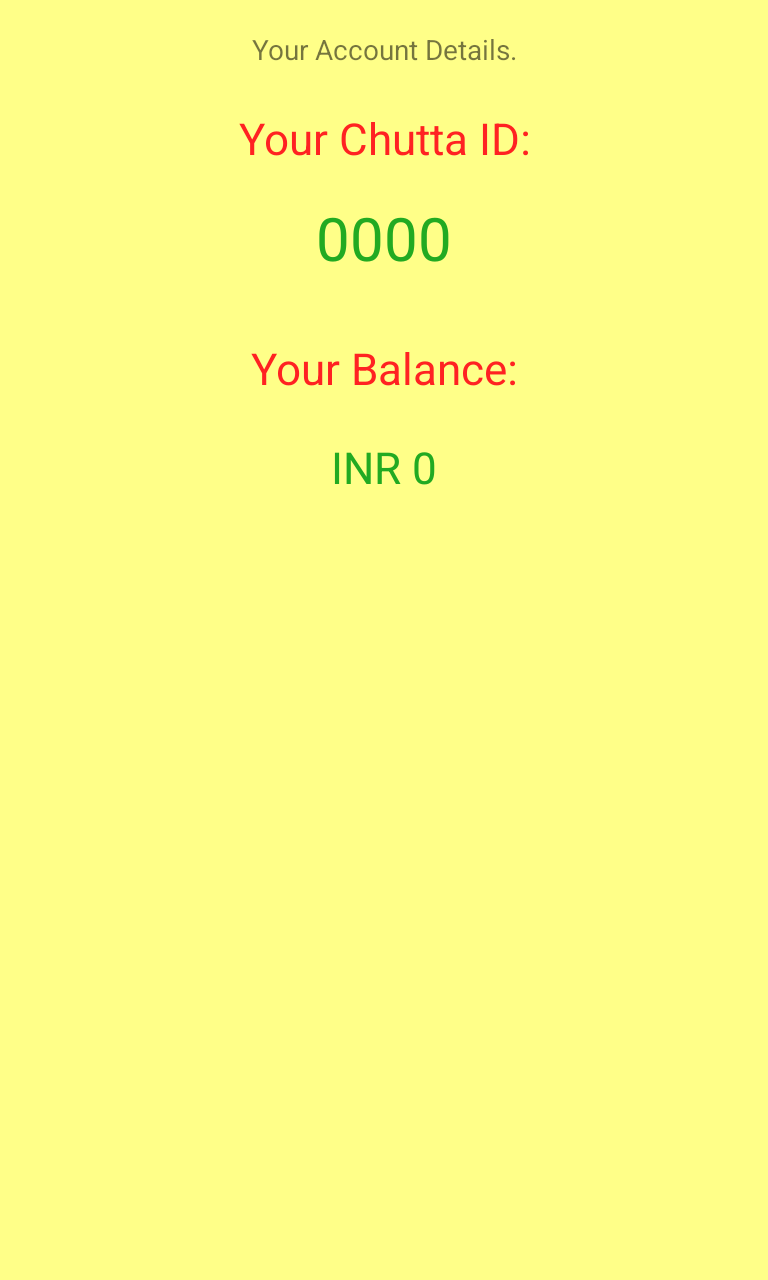
Repository: pankajksharma/chutta-pay
Layout: ChuttaPay/res/layout/activity_account.xml
These files come from the project's save history. The layout is drawn as it stood at one moment and after the next save; the edit follows.
It is drawn on a 768 x 1280 px phone screen (xhdpi) without system bars, with theme AppTheme; the app's code is not run.

Above is the layout before, as saved 2014-04-26 16:28:18.

### ChuttaPay/res/layout/activity_account.xml
<?xml version="1.0" encoding="utf-8"?>
<RelativeLayout xmlns:android="http://schemas.android.com/apk/res/android"
    android:layout_width="match_parent"
    android:layout_height="match_parent"
    android:background="#ffff88"
    android:paddingLeft="15dp"
    android:paddingRight="15dp" >

    <LinearLayout
        android:id="@+id/ll"
        android:layout_width="match_parent"
        android:layout_height="wrap_content"
        android:layout_centerHorizontal="true"
        android:layout_marginTop="15dp"
        android:orientation="vertical" >

        <TextView
            android:layout_width="match_parent"
            android:layout_height="wrap_content"
            android:gravity="center_horizontal"
            android:layout_marginBottom="20dp"
            android:text="Your Account Details." />

        <TextView
            android:layout_width="match_parent"
            android:layout_height="wrap_content"
            android:gravity="center_horizontal"
            android:layout_marginBottom="15dp"
            android:textColor="#ff2222"
            android:textSize="22dp"
            android:text="Your Chutta ID:" />

        <TextView
            android:layout_width="match_parent"
            android:layout_height="wrap_content"
            android:gravity="center_horizontal"
            android:layout_marginBottom="30dp"
            android:textColor="#22aa22"
            android:textSize="30dp"
            android:text="0000" />

        <TextView
            android:layout_width="match_parent"
            android:layout_height="wrap_content"
            android:gravity="center_horizontal"
            android:layout_marginBottom="20dp"
            android:textColor="#ff2222"
            android:textSize="22dp"
            android:text="Your Balance:" />

        <TextView
            android:layout_width="match_parent"
            android:layout_height="wrap_content"
            android:gravity="center_horizontal"
            android:layout_marginBottom="20dp"
            android:textColor="#22aa22"
            android:textSize="22dp"
            android:text="INR 0" />

    </LinearLayout>

</RelativeLayout>

Loaded but not shown: ChuttaPay/res/values/styles.xml (common file); ChuttaPay/res/values-v11/styles.xml (common file); ChuttaPay/res/values-v14/styles.xml (common file)

After the next save:
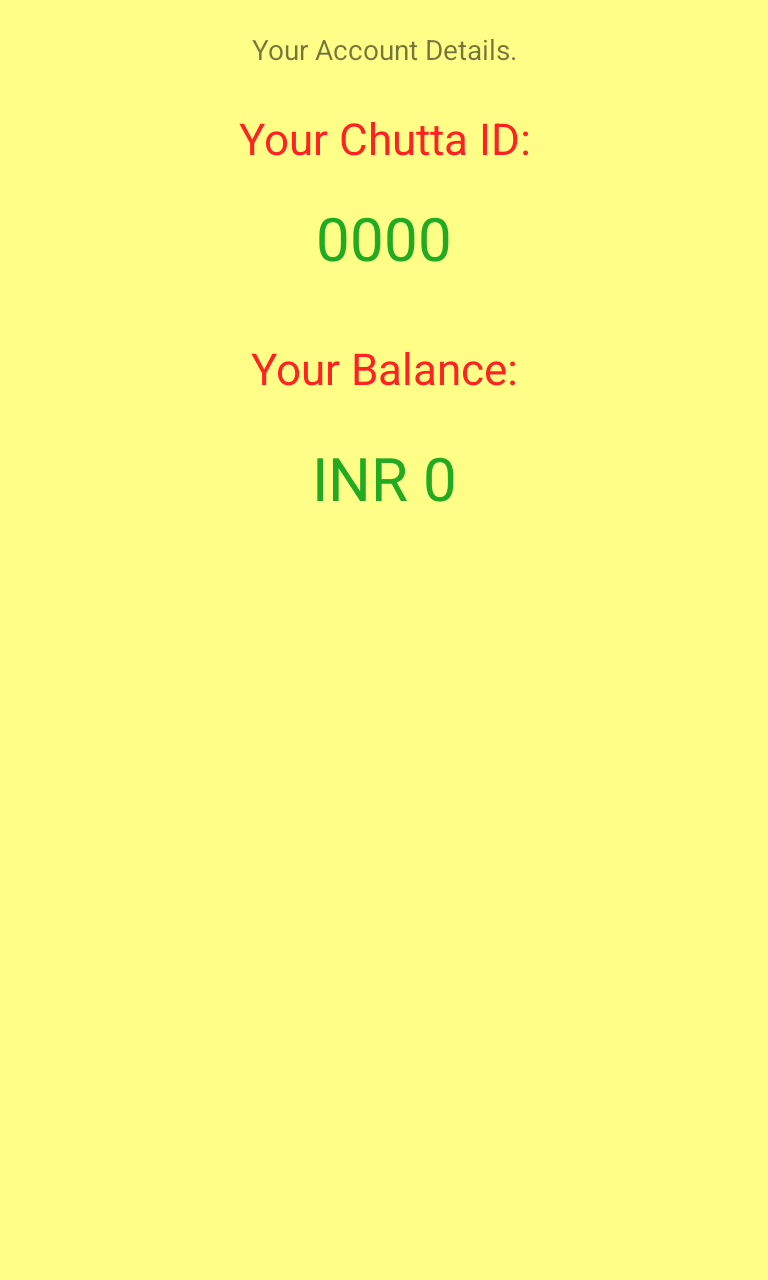
Saved 11 s later.
--- a/ChuttaPay/res/layout/activity_account.xml
+++ b/ChuttaPay/res/layout/activity_account.xml
@@ -54,7 +54,7 @@
             android:gravity="center_horizontal"
             android:layout_marginBottom="20dp"
             android:textColor="#22aa22"
-            android:textSize="22dp"
+            android:textSize="30dp"
             android:text="INR 0" />
 
     </LinearLayout>
